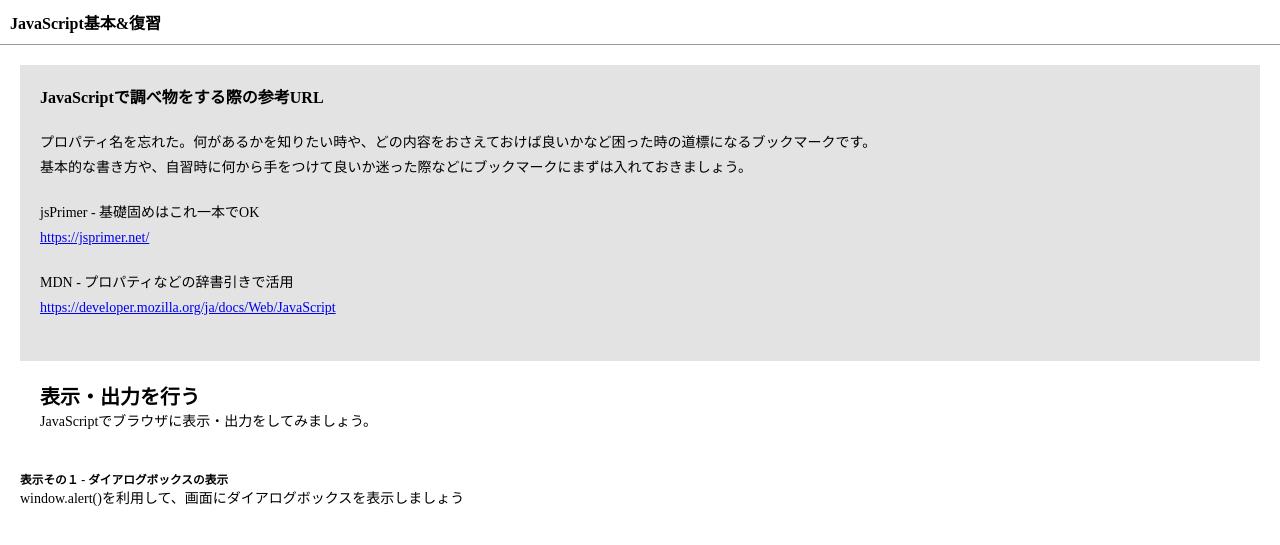
Repository: Yuto-Arakawa/study_js
Page: 01_basic/荒川/ara_basic01.html
These files come from the project's save history. The page is drawn as it stood at one moment and after the next save; the edit follows.
The browser window is 1280 px wide. The pictures show the whole page.

Above is the page before, as saved 2026-11-06 15:27:23.

After the next save:
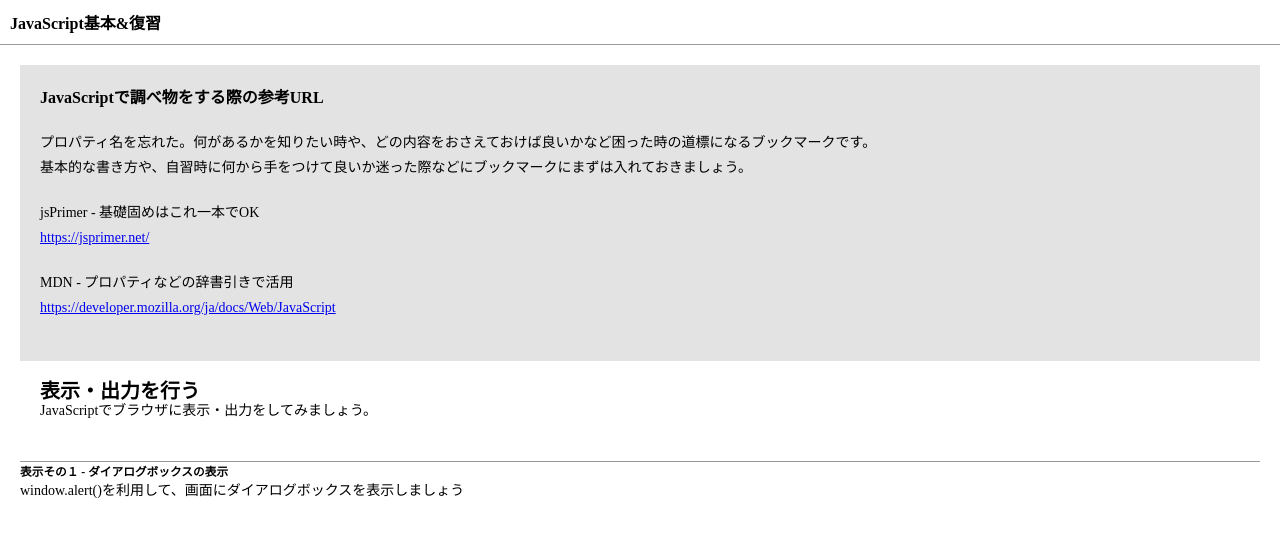
Saved 77 s later.
--- a/01_basic/荒川/css/basic01.css
+++ b/01_basic/荒川/css/basic01.css
@@ -29,6 +29,8 @@ main{
 
 .output{
     padding: 20px;
+    border-bottom: solid 1px #999;
+    line-height: 20px;
     h2{
         font-size: 20px;
     }
